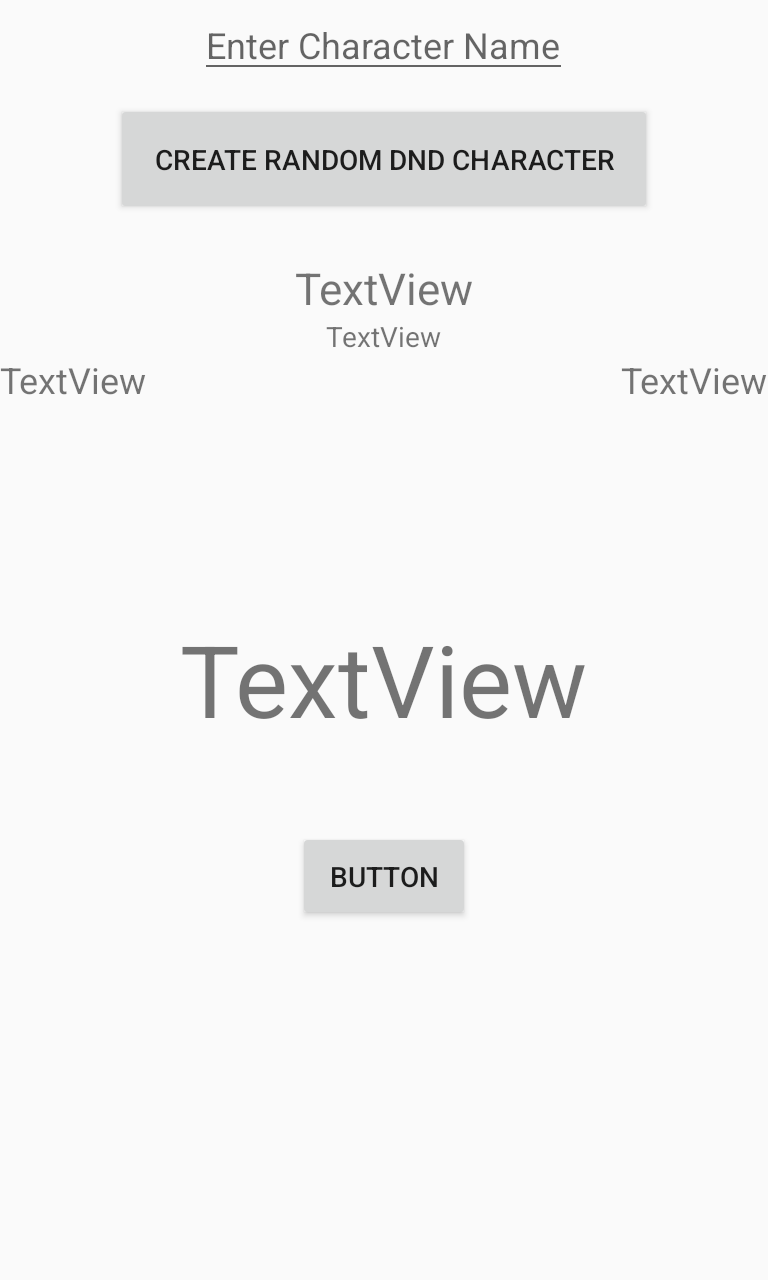
Repository: Vortelf/DnDAndroid
Layout: BuildApp/DnD/res/layout/activity_random_char.xml
The author's editor kept a copy of each file at every save. The layout is drawn from the files as they stood at one save, then again after the next save.
It is drawn on a 768 x 1280 px phone screen (xhdpi) without system bars, with theme AppTheme; the app's code is not run.

Above is the layout before, as saved 2014-11-09 05:19:35.

After the next save:
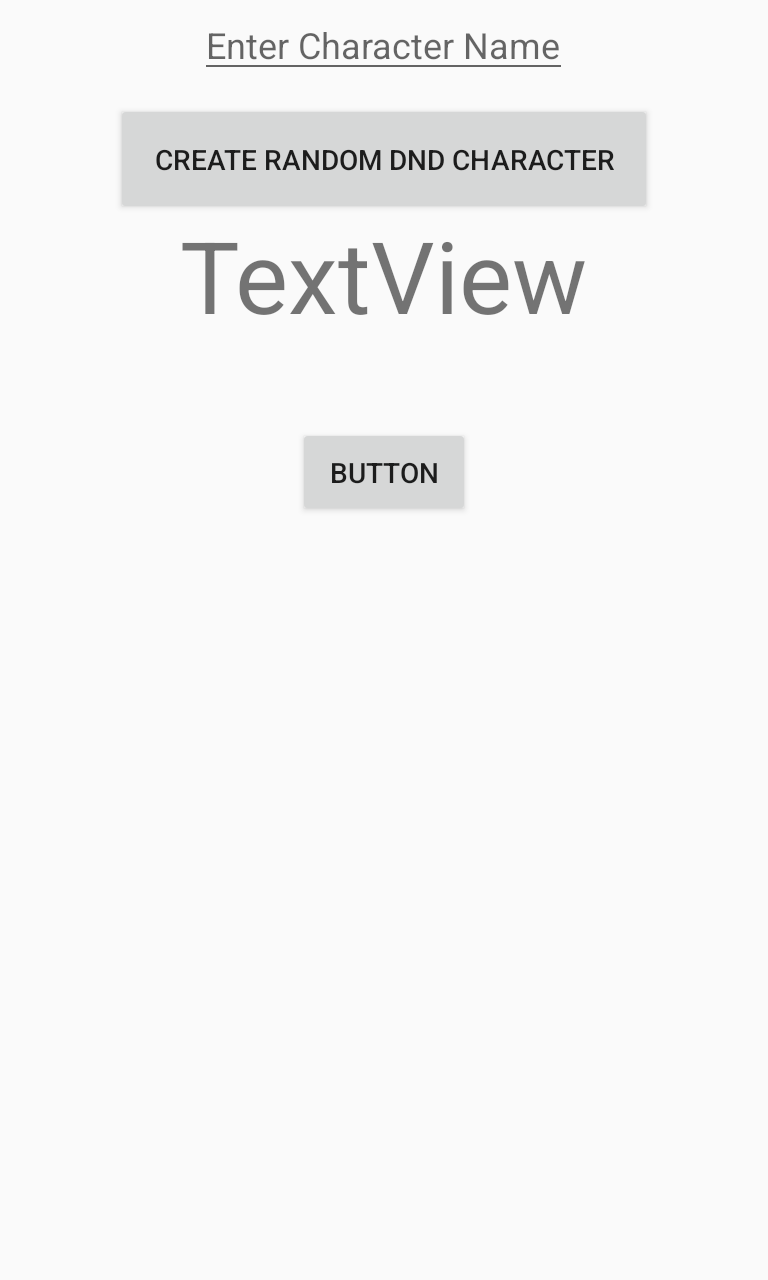
Saved 3 min 45 s later.
--- a/BuildApp/DnD/res/layout/activity_random_char.xml
+++ b/BuildApp/DnD/res/layout/activity_random_char.xml
@@ -34,7 +34,7 @@
 	        android:gravity="center_horizontal"
 	        android:padding="20dp"
 	        android:text="@string/random_button" />
-
+	<RelativeLayout >
 	    <TextView
 	        android:id="@+id/CharName"
 	        android:layout_width="wrap_content"
@@ -74,7 +74,7 @@
 	        android:text="TextView" />
 
 
-
+	    </RelativeLayout>
 
 	    <TextView
 	        android:id="@+id/Roller"
